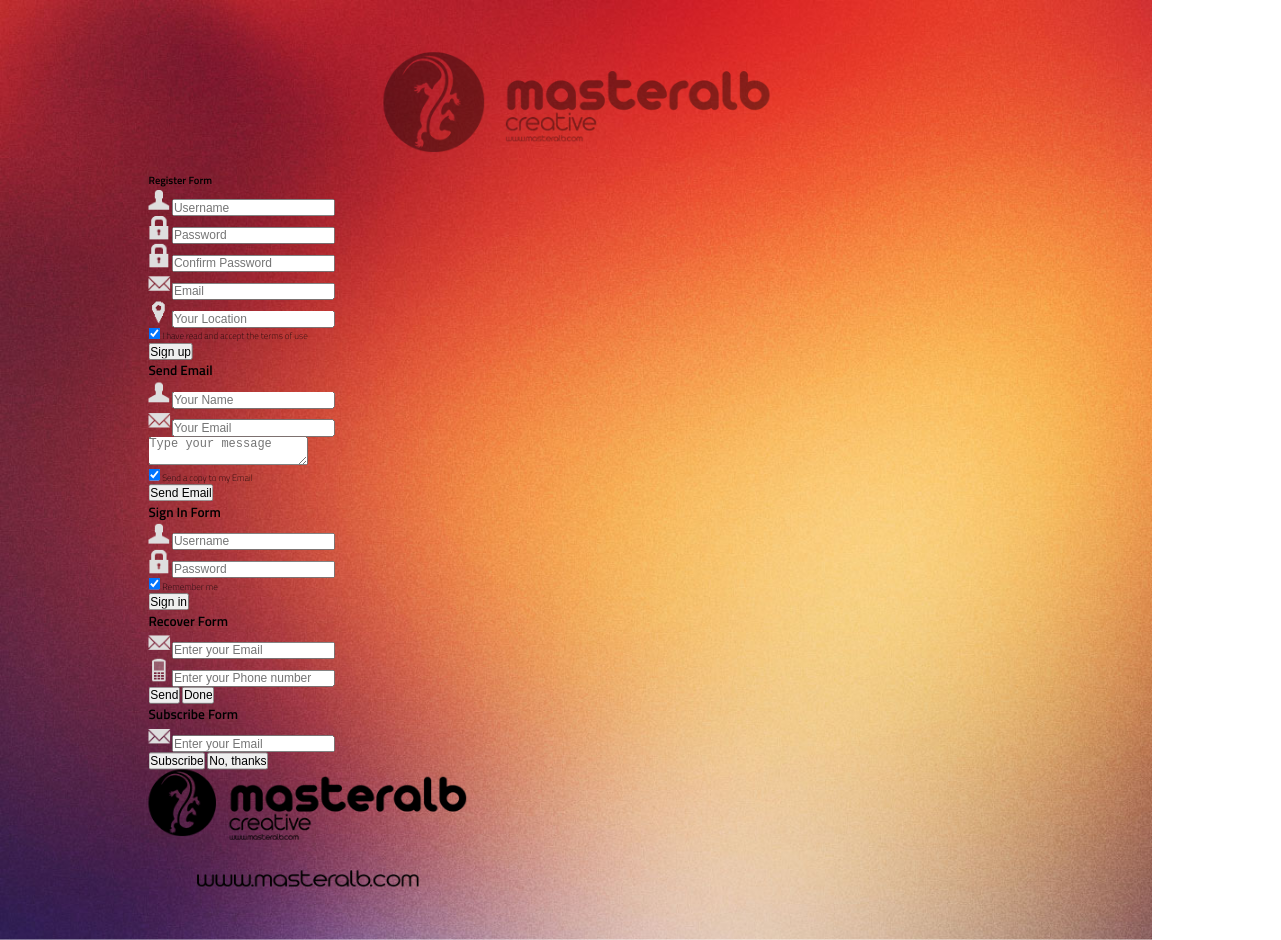
Repository: achwesiuk/PSD-Masteralb
Page: index.html
An editor plug-in stored every save of this project. The page is shown before and after the next save, followed by the edit.
The browser window is 1280 px wide. The page is 1280 px wide, then 1423 px, so the pictures cover 1423 px, including what lies to the right of the window. The pictures show the whole page, at 90% of full size.
Backgrounds fixed to the window are drawn as part of the page. The style sheet was rebuilt from its Sass, Less or Tailwind sources for each picture, by a compiler version that may differ from the author's.

Above is the page before, as saved 2021-03-12 14:24:29.

After the next save:
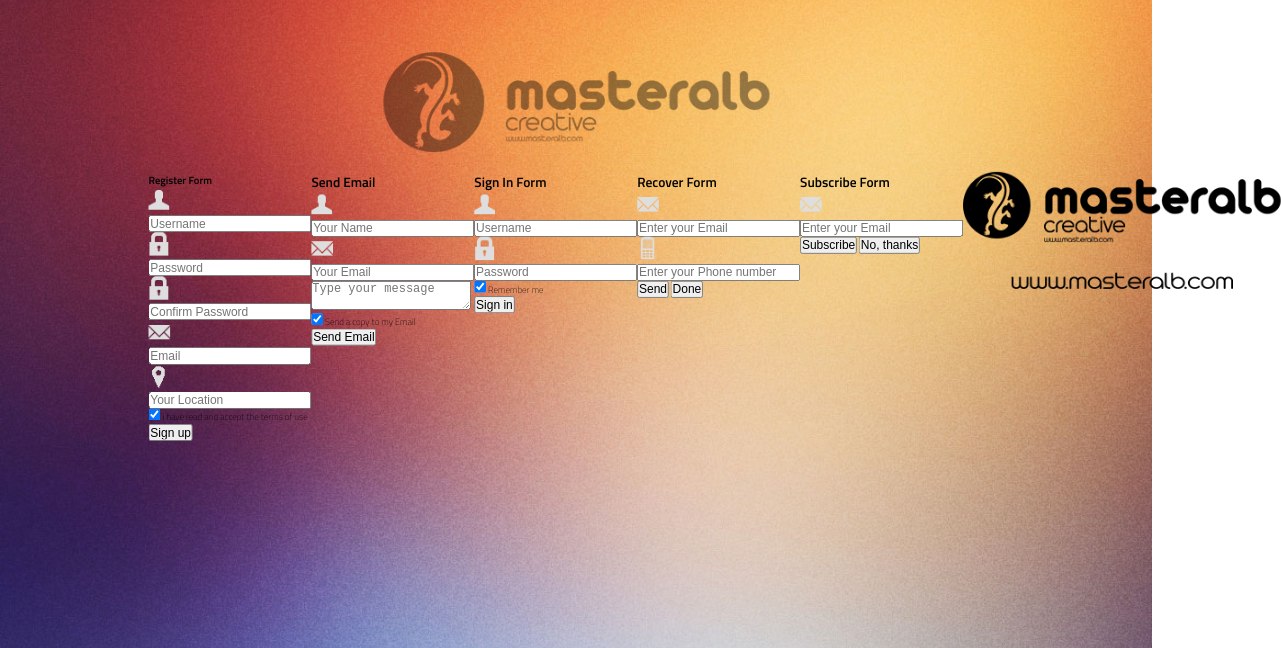
Saved 2 min 39 s later.
--- a/sass/main.scss
+++ b/sass/main.scss
@@ -29,10 +29,10 @@
      }
 }
 
-.main {
+.container {
     display: flex;
 }
 
-.container {
+.form {
     flex: 1;
 }
